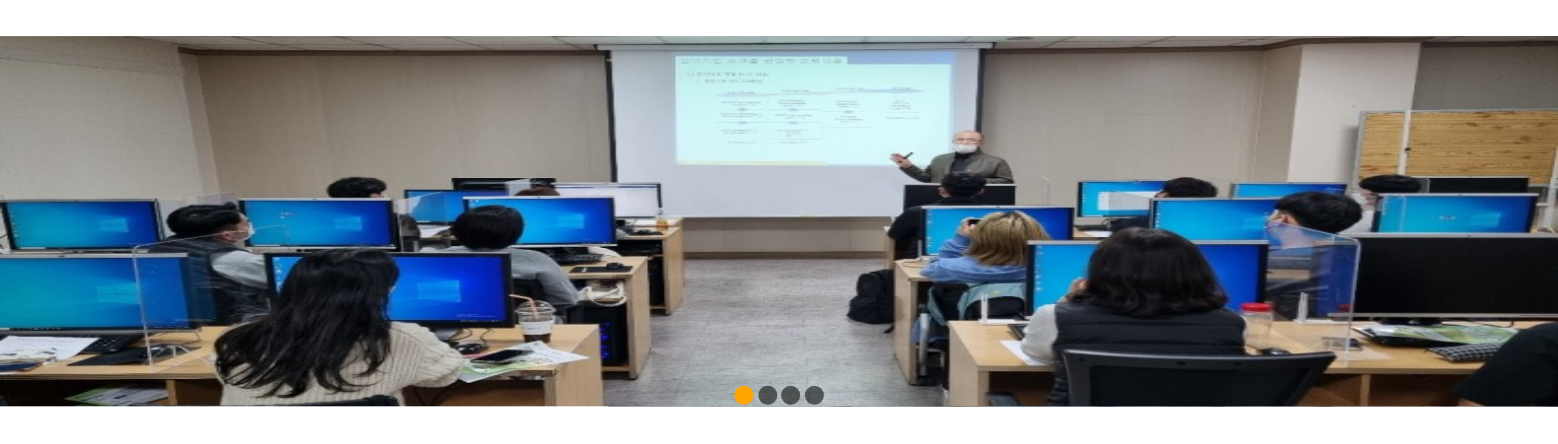
Repository: JavaJin96/kr.or.ddit.HighJava
Page: http://localhost/TeamProjectDCUM/work_kmk/iframe_kmk/slider.jsp
An editor plug-in stored every save of this project. The page is shown before and after the next save, followed by the edit.
The browser window is 1280 px wide. The page is 1640 px wide, then 1340 px, so the pictures cover 1640 px, including what lies to the right of the window. The pictures show the whole page, at 95% of full size.
The page is served by Tomcat 9.

Above is the page before, as saved 2022-02-16 01:40:48.

After the next save:
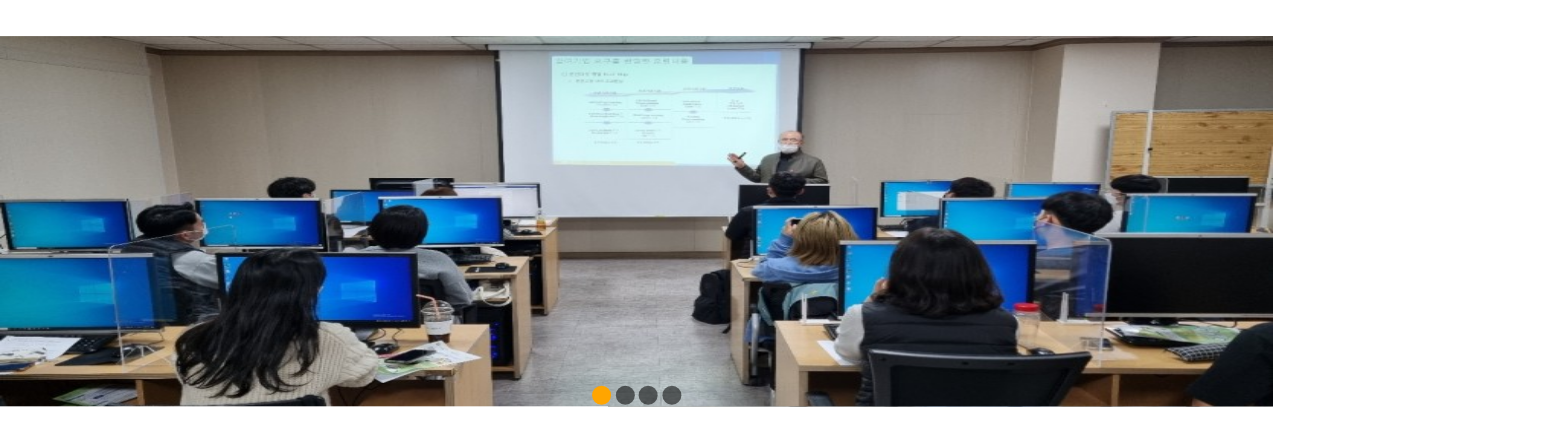
Saved 18 s later.
--- a/3.Highjava/workspace/TeamProjectDCUM/WebContent/work_kmk/iframe_kmk/slider.jsp
+++ b/3.Highjava/workspace/TeamProjectDCUM/WebContent/work_kmk/iframe_kmk/slider.jsp
@@ -13,7 +13,7 @@
 <style>
 /*---------------------- 슬라이드 ----------------------------*/
 .slider{
-    width: 1640px;
+    width: 1340px;
     height: 390px;
     position: relative;
     margin: 3% auto;
@@ -25,7 +25,7 @@
     display: none;
 }
 img{
-	width : 1640px;
+	width : 1340px;
 	height : 390px;
 }
 
